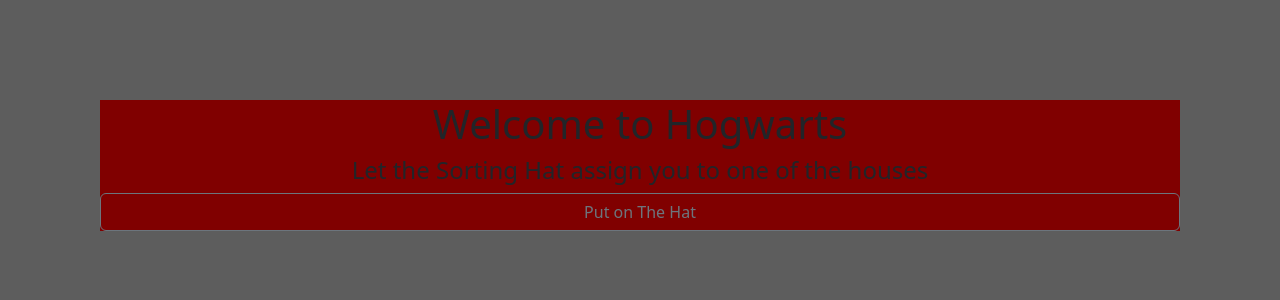
Repository: fernandabenavides618nash/INDIVIDUAL-PROJECT-sorting-hat
Page: index.html
An editor plug-in stored every save of this project. The page is shown before and after the next save, followed by the edit.
The browser window is 1280 px wide. The pictures show the whole page.

Above is the page before, as saved 2023-05-04 14:34:00.

### index.html
<!DOCTYPE html>
<html lang="en">
<head>
  <meta charset="UTF-8">
  <meta http-equiv="X-UA-Compatible" content="IE=edge">
  <meta name="viewport" content="width=device-width, initial-scale=1.0">
  <title>sorting hat</title>
  <link href="https://cdn.jsdelivr.net/npm/bootstrap@5.3.0-alpha3/dist/css/bootstrap.min.css" rel="stylesheet"            integrity="sha384-KK94CHFLLe+nY2dmCWGMq91rCGa5gtU4mk92HdvYe+M/SXH301p5ILy+dN9+nJOZ" crossorigin="anonymous">
  <link rel="stylesheet" href="main.css">
</head>
<body>
  <div class="intro" id="intro-screen"></div>
  <div class="form" id="form-div"></div>
  <div class="school" id="school-div"></div>
  <div class="app" id="app"></div>
  <script src="https://cdn.jsdelivr.net/npm/bootstrap@5.3.0-alpha3/dist/js/bootstrap.bundle.min.js" integrity="sha384-ENjdO4Dr2bkBIFxQpeoTz1HIcje39Wm4jDKdf19U8gI4ddQ3GYNS7NTKfAdVQSZe" crossorigin="anonymous"></script>
  <script src="main.js"></script>
</body>
</html>

### main.css
body{
  background-color:#5d5d5d;
}

#intro-screen {
  background-color: maroon;
  display: flex;
  flex-direction: column;
  margin: 100px;
}
.intro h1 {
  display: flex;
  justify-content: center;
}

.intro h4 {
  display: flex;
  justify-content: center;
}

### main.js
console.log("here");

// Data

const army = [];

const houses = [
  {
    number: 1,
    name: "Gryffindor",
    color: "red",
  },
  {
    number: 2,
    name: "Hufflepuff",
    color: "yellow",
  },
  {
    number: 3,
    name: "Ravenclaw",
    color: "blue",
  },
  {
    number: 4,
    name: "Slytherin",
    color: "green",
  },
];

const voldemort = [
  {
    name: "'Voldemort's Army",
    color: "black",
  },
];

const formHtml = `<div  class="row gy-2 gx-3 align-items-center">
    <div class="col-auto">
      <label class="visually-hidden" for="name">Name</label>
      <input type="text" class="form-control" id="name" placeholder="Jane Doe">
    </div>
      <button id="sort" class="btn btn-primary" >Sort!</button>
    </div>
  </div>`;

const renderToDom = (divId, htmlToRender) => {
  const selectedDivId = document.querySelector(divId); // a variable that stores the desired div (first parameter)
  selectedDivId.innerHTML = htmlToRender; // applies the .innerHTML property to the variable that stores the desired div and results in the htmlToRender (second parameter)
};

const addRenderToDom = (divId, htmlToRender) => {
  const selectedDivId = document.querySelector(divId); // a variable that stores the desired div (first parameter)
  selectedDivId.innerHTML += htmlToRender; // applies the .innerHTML property to the variable that stores the desired div and results in the htmlToRender (second parameter)
};

const start = () => {
  const initialScreen = `<div><h1>Welcome to Hogwarts</h1></div><div><h4>Let the Sorting Hat assign you to one of the houses</h4></div><button type="button" class="btn btn-outline-secondary" id='startButton'>Put on The Hat</button>`;
  renderToDom("#intro-screen", initialScreen);
  const showFormButton = document.querySelector("#startButton");
  showFormButton.addEventListener("click", () => {
    const schoolString = `<div class="students" id="students-div"><h3>Hogwarts</h3></div>
    <div class="expelled" id="expelled-div"><h3>Voldemorts</h3></div>`
    renderToDom('#school-div', schoolString)
    renderToDom("#form-div", formHtml);
    const btnSort = document.querySelector('#sort')
    btnSort.addEventListener('click', () => {
      const name = document.querySelector('#name').value
      createNewStudent(name)
    })

  });
};
start();


const createNewStudent = (name) => {
  const houseNumber = Math.floor(Math.random() * 4)
  console.log(houseNumber)
  let houseName = ""
   houses.forEach(house => {
      if(house.number === houseNumber + 1){
        houseName += house.name
      }

   })
   createStudentCard(name, houseName)

}

const createStudentCard = (name, house) => {
  const domString = `<div class="card w-75">
  <div class="card-body">
    <h5 class="card-title">${name}</h5>
    <p class="card-text">${house}</p>
    <a href="#" class="btn btn-primary" id="btn${name}">Expel</a>
  </div>
</div>`
addRenderToDom('#students-div', domString)
const btn = document.querySelector(`#btn${name}`)
btn.addEventListener('click', () => {

})
}






/*const createNewStudent = () => {
  e.preventDefault();
  const newStudentCard = {
    name: document.querySelector("#name").value,
    house: Math.floor(Math.random() * 4),
    expel: document.querySelector("#expelId"),
  };
  students.push(newStudentCard);
};*/

/*const roster = (array) => {
  let domString = `<div class="card w-75">
  <div class="card-body">
    <h5 class="card-title">${students.name}</h5>
    <p class="card-text">${students.house}</p>
    <a href="#" class="btn btn-primary" id="expelId">Expel</a>
  </div>
</div>`;
};
*/

After the next save:
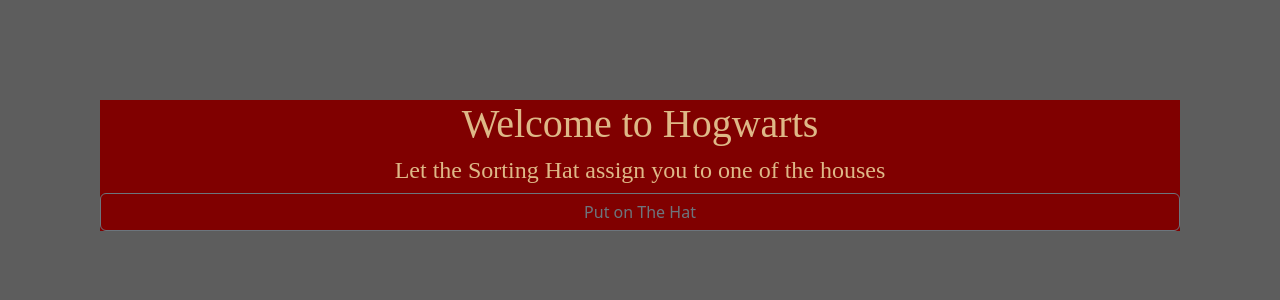
Saved 77 s later.
--- a/main.css
+++ b/main.css
@@ -11,9 +11,13 @@
 .intro h1 {
   display: flex;
   justify-content: center;
+  font-family: 'Times New Roman', Times, serif;
+  color: burlywood;
 }
 
 .intro h4 {
   display: flex;
   justify-content: center;
+  font-family: 'Times New Roman', Times, serif;
+  color: burlywood;
 }
